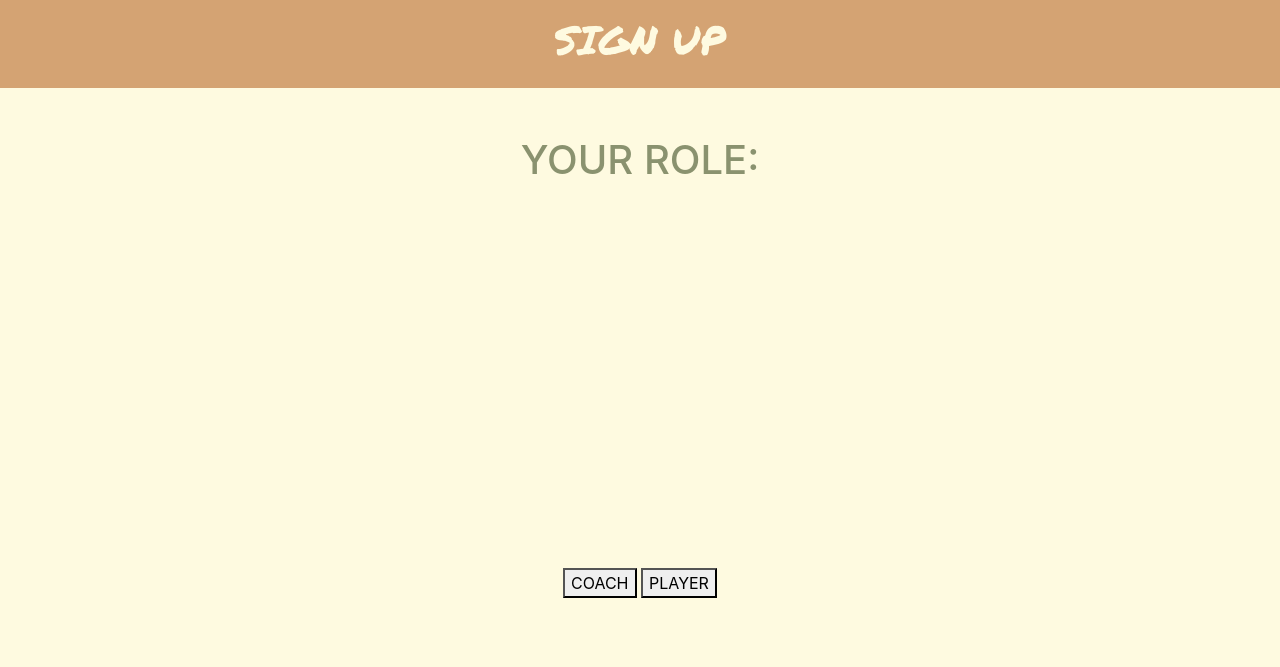
Repository: Aryaholmukhe/treasureHacks
Page: http://localhost/signup
These files come from the project's save history. The page is drawn as it stood at one moment and after a run of saves; the edit follows.
The browser window is 1280 px wide. The pictures show the whole page.
The page is served by the project's Node server (server.js).

Above is the page before, as saved 2022-03-27 00:28:33.

After the next 2 saves:
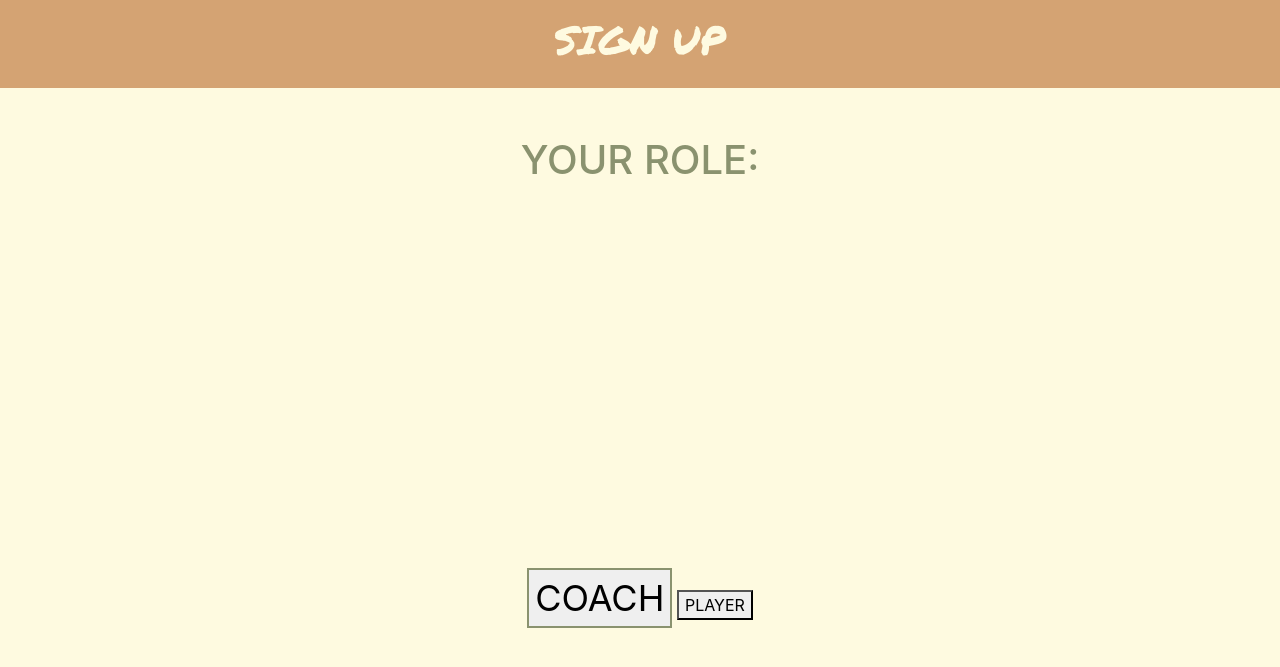
The 2 saves are shown as one change because they came seconds apart.
The last was saved 6 s later.
--- a/views/signup/signup.ejs
+++ b/views/signup/signup.ejs
@@ -20,7 +20,7 @@
     <h1 class="text-center mt-5" style="color: #8A926F">YOUR ROLE:</h1>
 
     <div class="text-center" style="margin-top: 30%">
-    <a href="./coach" ><button style="font-siz" name="coach">COACH</button></a>
+    <a href="./coach" ><button style="font-size: 36px; border: 2px solid #8A926F" name="coach">COACH</button></a>
     <a  href="./player"><button name="player">PLAYER</button></a>
     </div>
 
